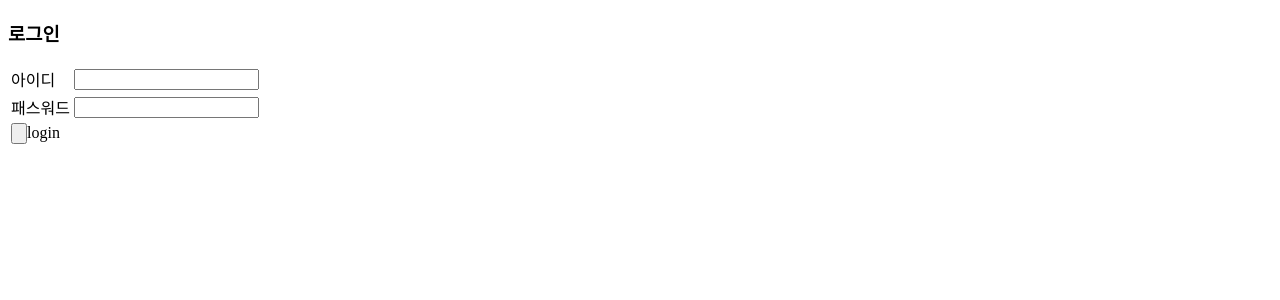
Repository: eymin1259/jsp_mvc1
Page: http://localhost/BoardWeb/login.jsp
An editor plug-in stored every save of this project. The page is shown before and after the next save, followed by the edit.
The browser window is 1280 px wide. The pictures show the whole page.
The page is served by Tomcat 9. Other server files are loaded and not shown.

Above is the page before, as saved 2024-09-25 03:46:51.

### BoardWeb/src/main/webapp/login.jsp
<%@ page language="java" contentType="text/html; charset=UTF-8"
    pageEncoding="UTF-8"%>
<!DOCTYPE html>
<html>
<head>
<meta charset="UTF-8">
<title>Insert title here</title>
</head>
<body>

<div>

	<h3> 로그인 </h3>
	<form action="login_proc.jsp">
		<table>

			<tr>
				<td>아이디</td>
				<td><input type="text"></td>
			</tr>

			<tr>
				<td>패스워드</td>
				<td><input type="text"></td>
			</tr>

			<tr>

				<td><input type="button">login</td>
			</tr>
		</table>

	</form>
</div>

</body>
</html>

After the next save:
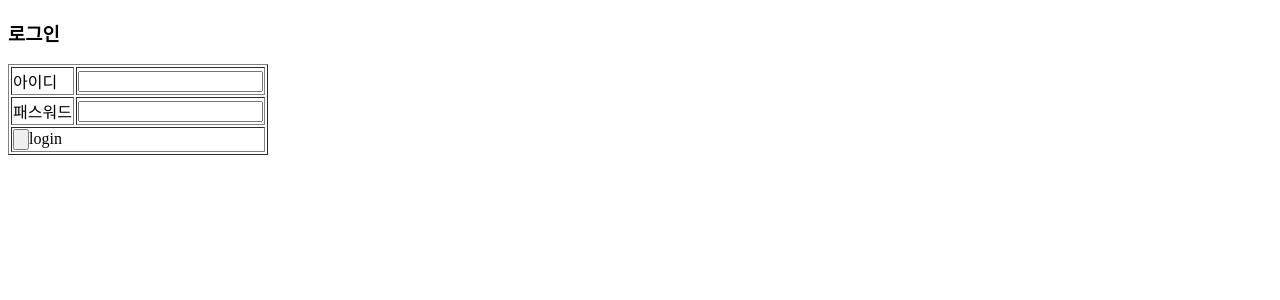
Saved 33 s later.
--- a/BoardWeb/src/main/webapp/login.jsp
+++ b/BoardWeb/src/main/webapp/login.jsp
@@ -11,8 +11,8 @@
 <div>
 
 	<h3> 로그인 </h3>
-	<form action="login_proc.jsp">
-		<table>
+	<form action="login_proc.jsp" method="post">
+		<table border="1" >
 
 			<tr>
 				<td>아이디</td>
@@ -26,7 +26,7 @@
 
 			<tr>
 
-				<td><input type="button">login</td>
+				<td colspan="2"><input type="button">login</td>
 			</tr>
 		</table>
 
